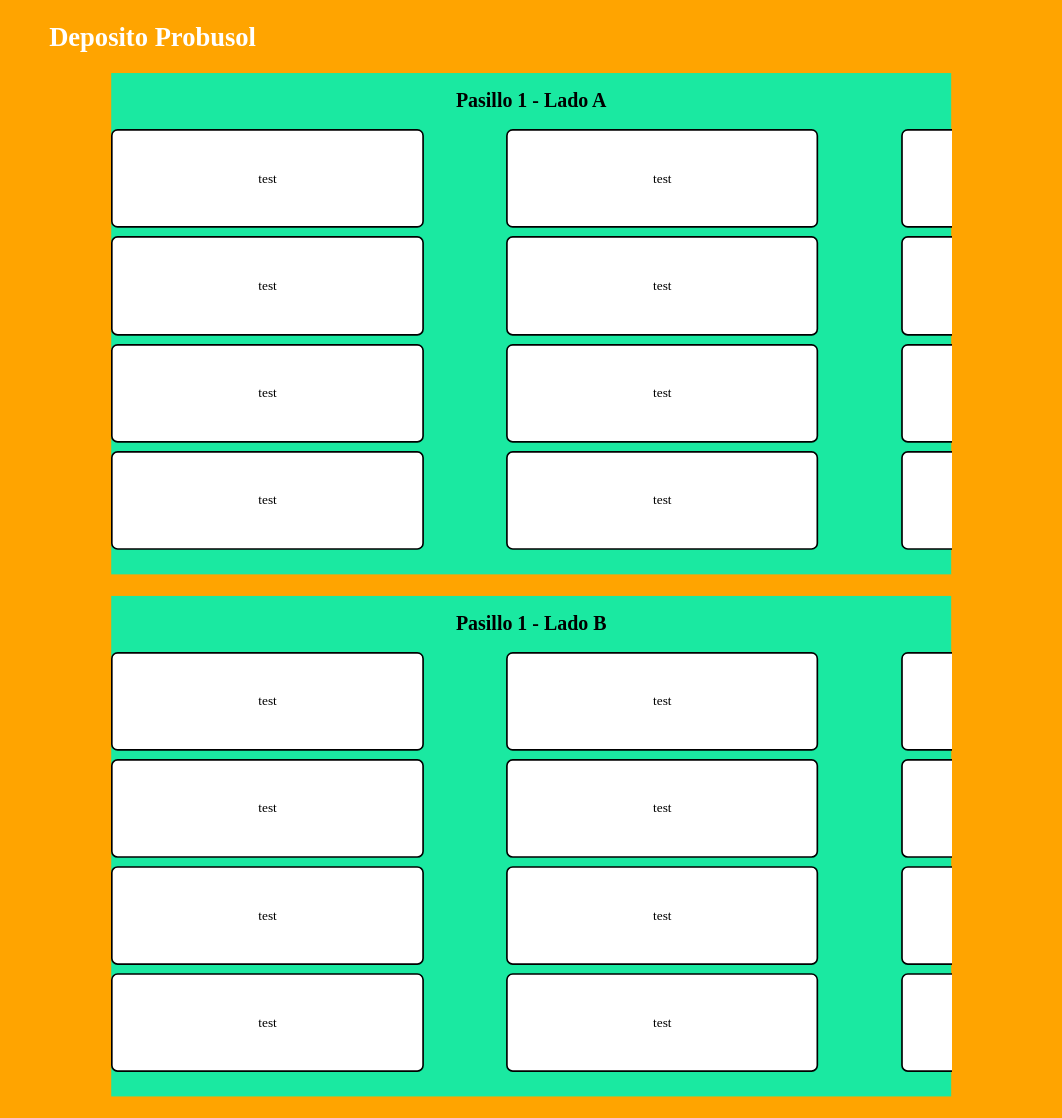
Repository: Franzcod/DepoStock_Web
Page: index.html
The author's editor kept a copy of each file at every save. The page is drawn from the files as they stood at one save, then again after the next save.
The browser window is 1280 px wide. The pictures show the whole page, at 83% of full size.

Above is the page before, as saved 2020-06-07 03:02:19.
Console error: ReferenceError: ur is not defined

After the next save:
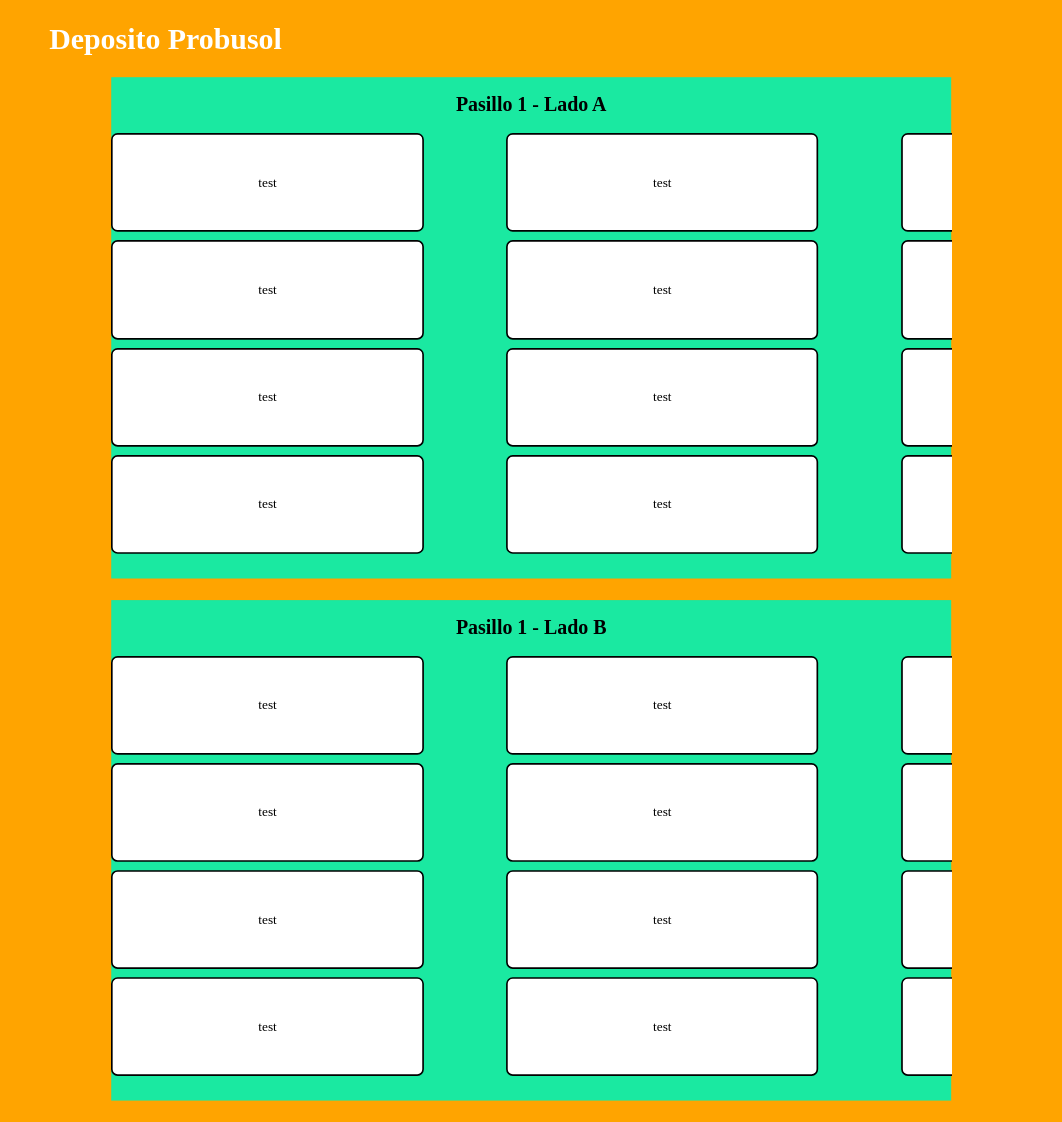
Saved 14 s later.
--- a/estilo/estilo.css
+++ b/estilo/estilo.css
@@ -6,7 +6,7 @@ html{
     margin: 2vw 4vw;
     align-items: center;
     color: #fff;
-    size: 40px;
+    font-size: large;
 }
 
 #div2 {
